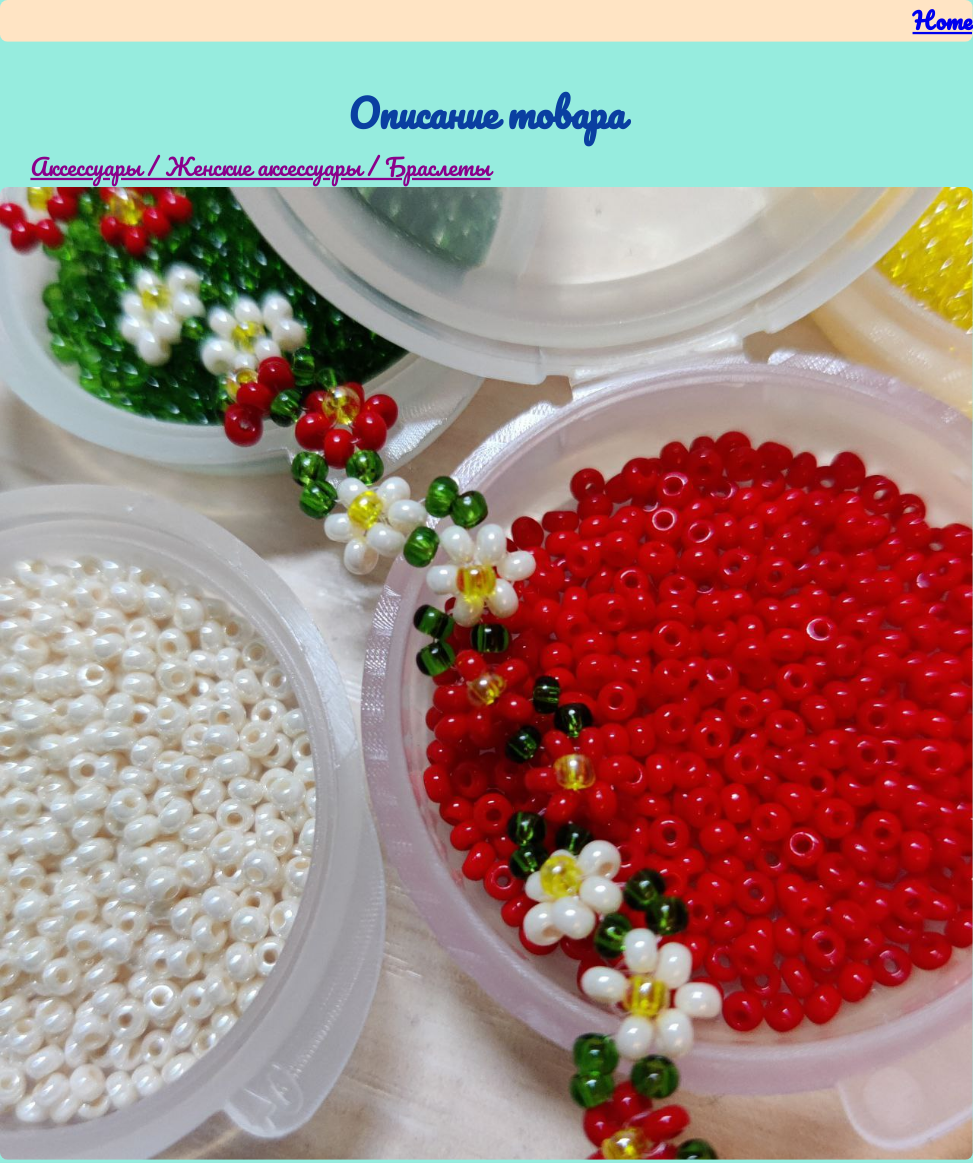
Repository: annamsklv/web
Page: seminar2_26.01/product page.html
The author's editor kept a copy of each file at every save. The page is drawn from the files as they stood at one save, then again after the next save.
The browser window is 1280 px wide. The pictures show the whole page, at 76% of full size.

Above is the page before, as saved 2023-02-01 20:27:52.

### seminar2_26.01/product page.html
<!DOCTYPE html>
<html lang="en">
<head>
    <meta charset="UTF-8">
    <meta http-equiv="X-UA-Compatible" content="IE-edge">
    <meta name="viewport" content="width=device-width, initial-scale=1.0">
    <div class="home">
        <a class="link" href="index.html">Home</a>
    </div>
    <title>Продукт</title>
    <link rel="preconnect" href="https://fonts.googleapis.com">
<link rel="preconnect" href="https://fonts.gstatic.com" crossorigin>
<link href="https://fonts.googleapis.com/css2?family=Pacifico&display=swap" rel="stylesheet">
    <link rel="stylesheet" href="product style.css">

</head>


<body>

    <div class="header">
    <div class="container"></div>
    <h1 class="title">Описание товара</h1>
    </div>
    </div>

    <div class="content">
        <div class="container">
            <div class="categories">
                <a class="category-link" href="#">Аксессуары / Женские аксессуары / Браслеты</a>
            </div>
        </div>
    </div>
    <div class="item-box">
        <img class="item-pic" src="img/1.jpg" alt="product">

    </div>

<div class="footer">


</div>

</body>
</html>

### seminar2_26.01/product style.css
* {
    margin: 0;
    padding: 0;
}

body{
    background-color: rgb(150, 236, 222);
}
.container{
    width: 1200px;
    margin: 0 auto;
}

.title{
    text-align: center;
    margin-top: 50px;
    font-family: 'Pacifico';
    color: rgb(10, 63, 161);
    font-size: 50px;
}

.home{
    font-family: 'Pacifico', cursive;
    color: rgb(10, 63, 161);
    font-size: 30px;
    font-weight: bold;
    background-color: bisque;
    border-radius: 10px;
    display: block;
    border: 1px solid transparent;
    text-align: right;
}

.home:hover{
    border: 1 px solid darkmagenta;
    color: darkmagenta;
    background-color: white;

}

.category-link{
    color:darkmagenta;
    font-family: 'Pacifico', cursive;
    font-size: 30px;
    text-align: left;
}

.item-pic{
    width: 100%;
    border-radius: 10px;
}

After the next save:
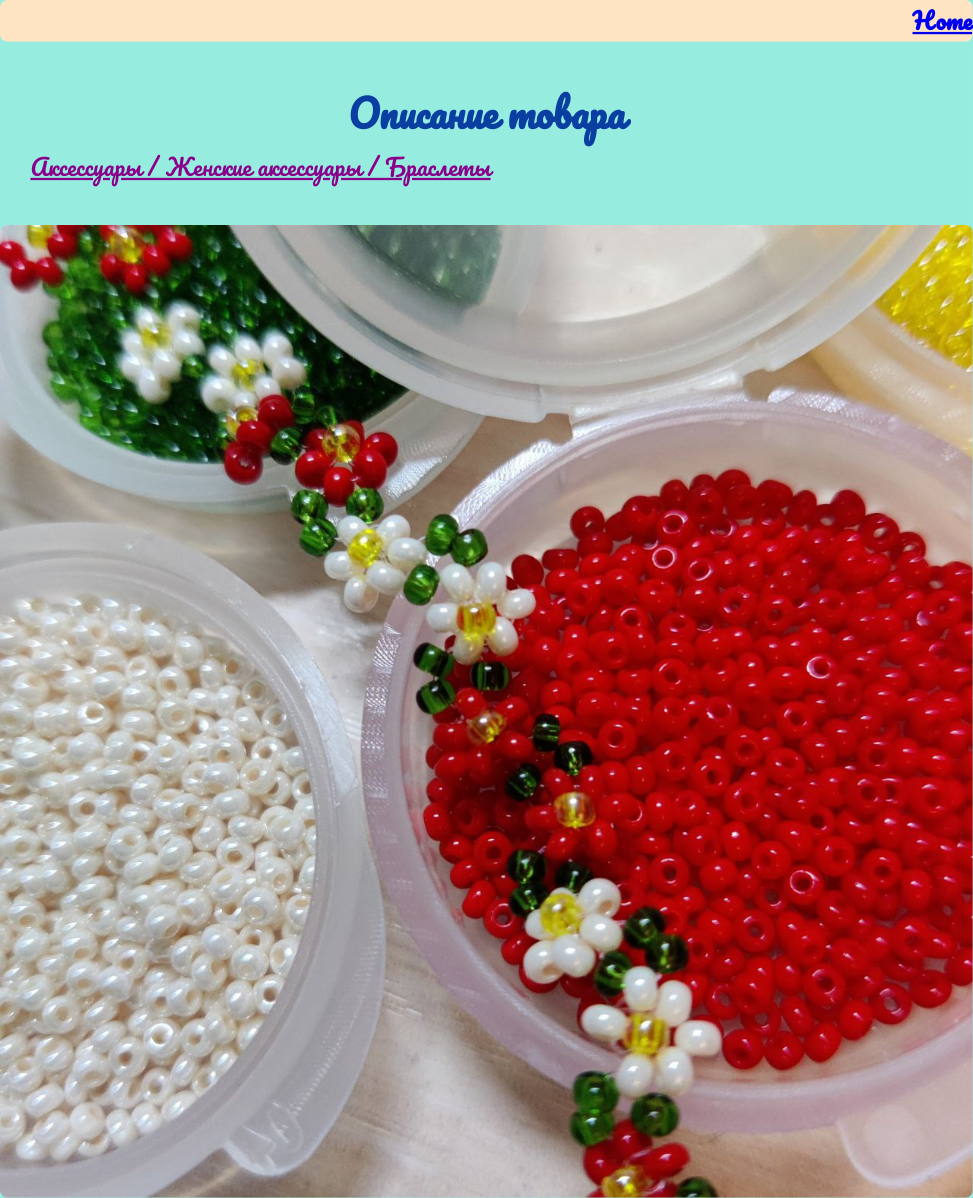
Saved 32 s later.
--- a/seminar2_26.01/product style.css
+++ b/seminar2_26.01/product style.css
@@ -44,7 +44,12 @@ body{
     font-size: 30px;
     text-align: left;
 }
-
+.item-box{
+    margin-top: 50px;
+    display: flex;
+    flex-wrap: wrap;
+    justify-content:space-between;
+}
 .item-pic{
     width: 100%;
     border-radius: 10px;
